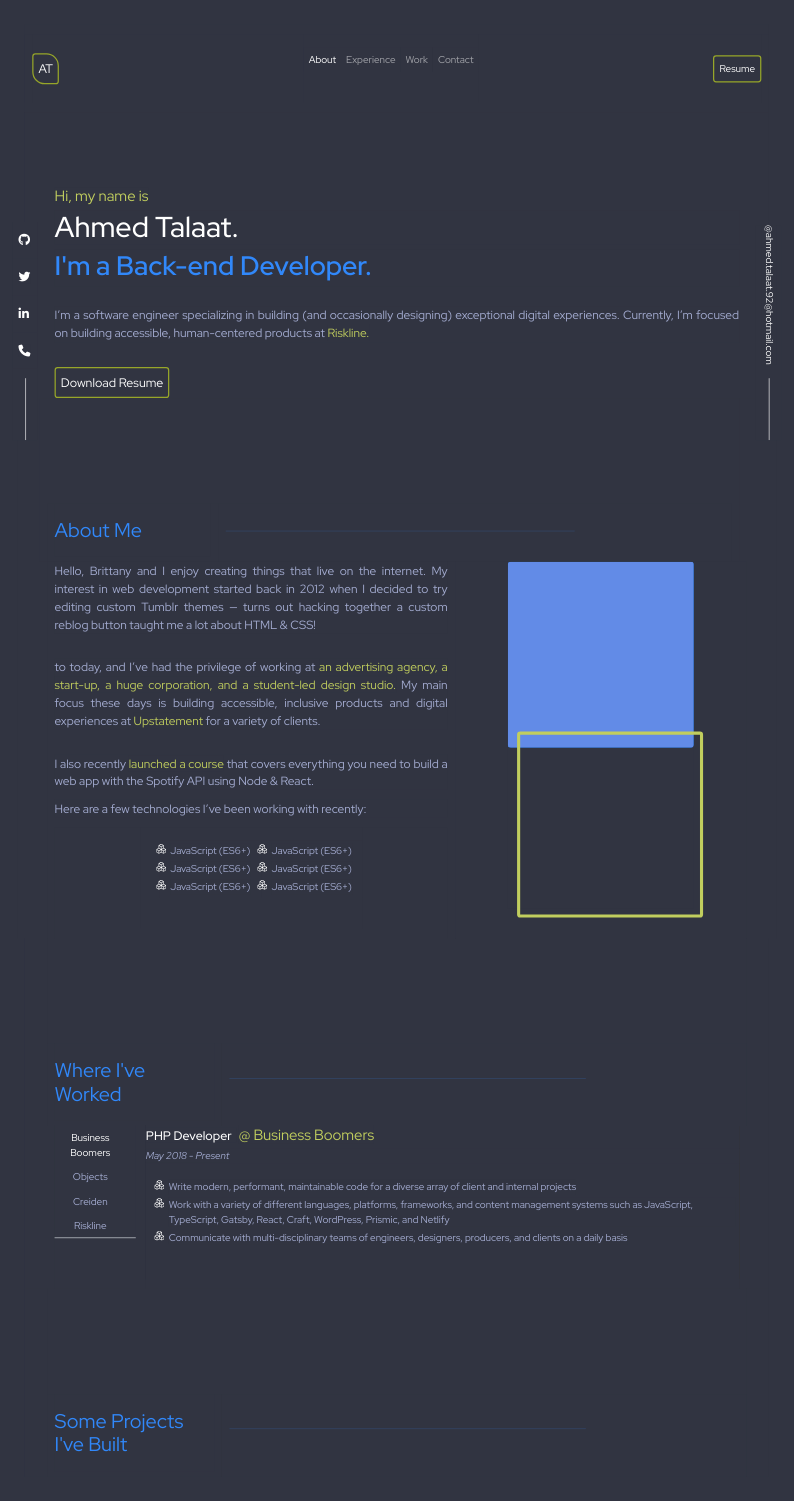
Repository: aya7abbal/Talaat-s-Portfolio
Page: index.html
These files come from the project's save history. The page is drawn as it stood at one moment and after the next save; the edit follows.
The browser window is 1280 px wide. The pictures show the whole page, at 62% of full size.
Pictures or frames that could not be fetched are drawn as grey boxes. Some web libraries are served in a nearby version. The style sheet was rebuilt from its Sass, Less or Tailwind sources for each picture, by a compiler version that may differ from the author's.

Above is the page before, as saved 2022-02-07 13:52:32.

After the next save:
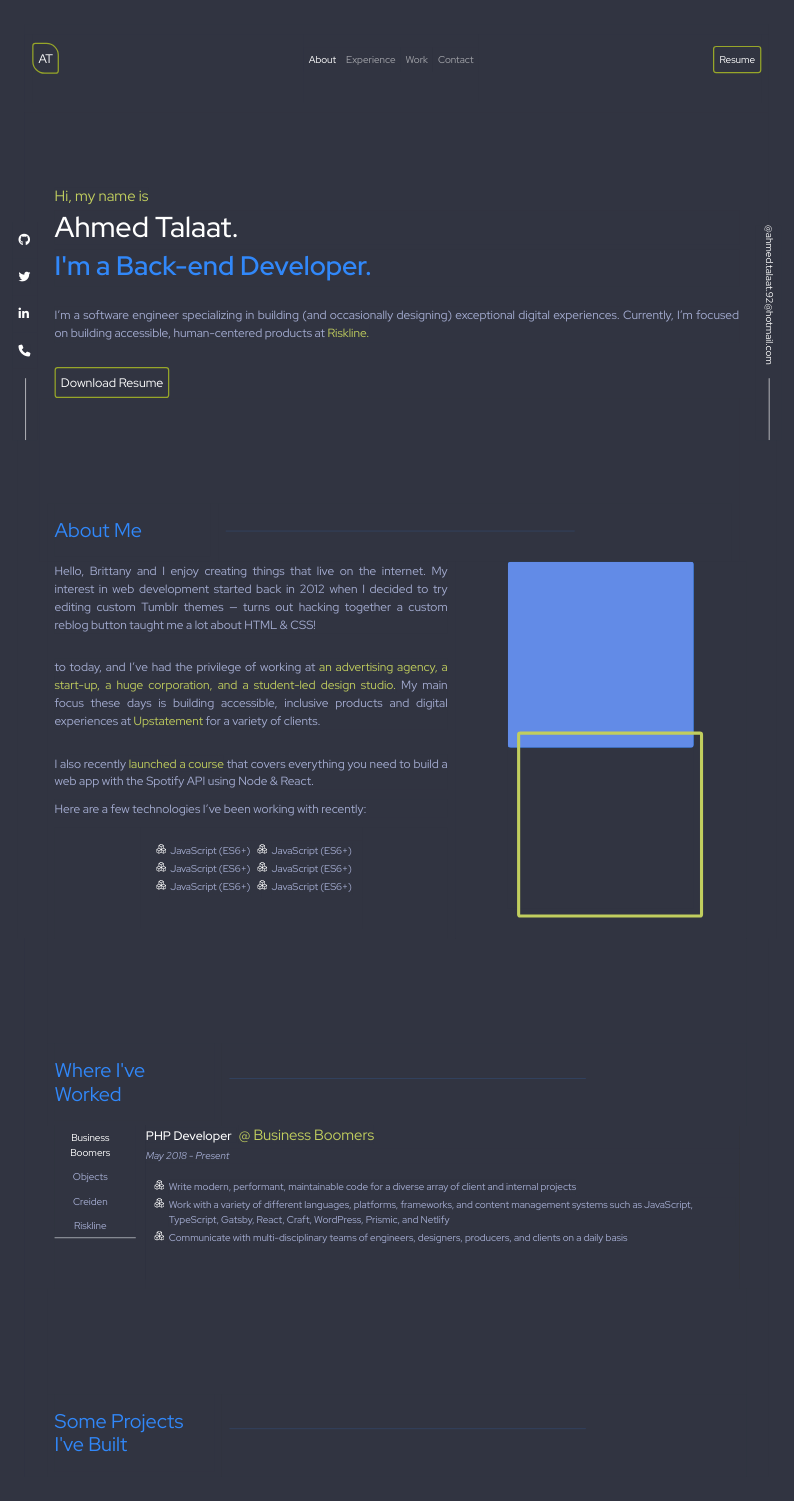
Saved 42 s later.
--- a/index.html
+++ b/index.html
@@ -107,7 +107,7 @@
 
         <!-- NAVBAR Collapsable -->
         <div
-          class="collapse navbar-collapse justify-content-between"
+          class="collapse navbar-collapse justify-content-between align-items-baseline"
           id="navbarNav"
         >
           <a class="navbar-brand navbar-border" href="#">AT</a>
